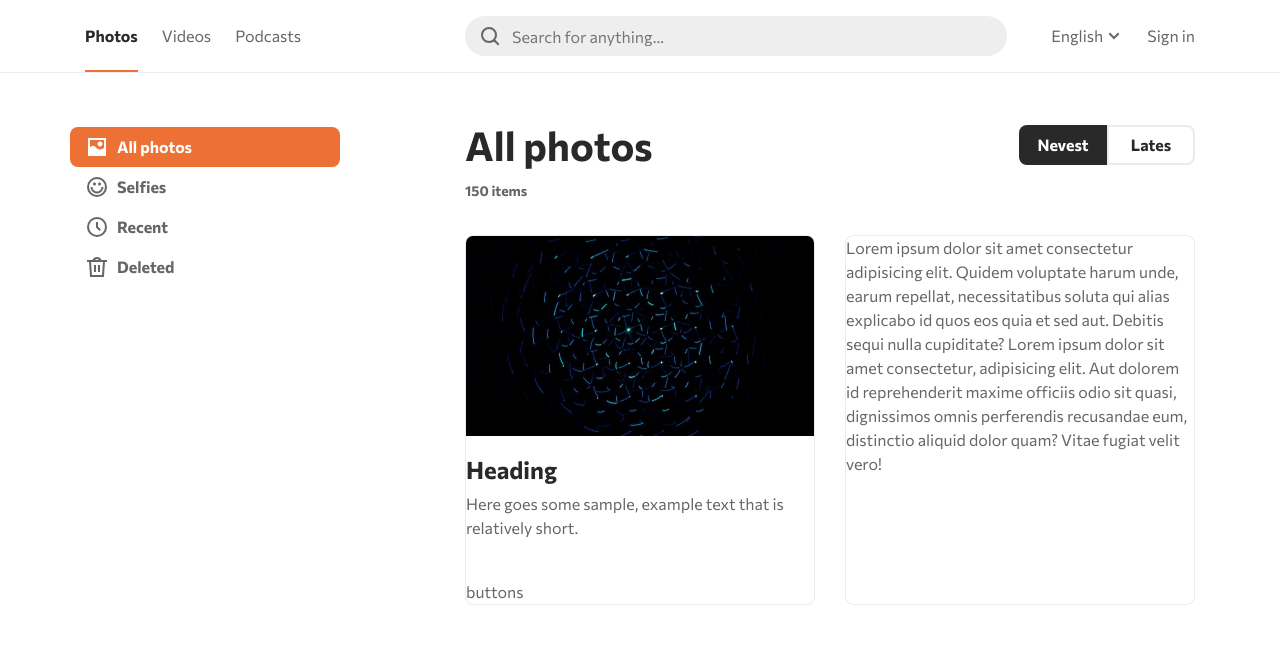
Repository: densavi/djinni
Page: index.html
These files come from the project's save history. The page is drawn as it stood at one moment and after the next save; the edit follows.
The browser window is 1280 px wide. The pictures show the whole page.
The style sheet was rebuilt from its Sass, Less or Tailwind sources for each picture, by a compiler version that may differ from the author's.

Above is the page before, as saved 2023-04-11 00:14:20.

### index.html
<!DOCTYPE html>
<html lang="en">
<head>
  <meta charset="UTF-8">
  <meta http-equiv="X-UA-Compatible" content="IE=edge">
  <meta name="viewport" content="width=device-width, initial-scale=1.0">
  <title>Photos</title>
  <link rel="stylesheet" href="https://cdn.jsdelivr.net/npm/bootstrap@4.6.2/dist/css/bootstrap.min.css" integrity="sha384-xOolHFLEh07PJGoPkLv1IbcEPTNtaed2xpHsD9ESMhqIYd0nLMwNLD69Npy4HI+N" crossorigin="anonymous">
  <link rel="stylesheet" href="css/style.css">
</head>
<body>

  <header class="header">
    <div class="container">
      <div class="row d-flex justify-content-between align-items-center">
        <div class="col-3">
          <button class="open-menu"><span></span></button>
          <nav class="header__nav">
            <ul class="nav">
              <li class="nav-item">
                <a class="nav-link active" aria-current="page" href="#">Photos</a>
              </li>
              <li class="nav-item">
                <a class="nav-link" href="#">Videos</a>
              </li>
              <li class="nav-item">
                <a class="nav-link" href="#">Podcasts</a>
              </li>
            </ul>
          </nav>
        </div>
        <div class="col-8 d-flex align-items-center justify-content-end">
          <label for="search" class="header__search">
            <img src="img/search.svg" alt="Search">
            <input type="search" placeholder="Search for anything...">
          </label>
          <div class="dropdown show">
            <a class="header__lang-link" href="#" role="button" id="dropdownMenuLink" data-toggle="dropdown" aria-haspopup="true" aria-expanded="false">
              English
              <svg width="12" height="8" viewBox="0 0 12 8" fill="none" xmlns="http://www.w3.org/2000/svg">
                <path d="M2 2L6 6L10 2" stroke="#666666" stroke-width="2" stroke-linecap="square"/>
              </svg>
            </a>

            <div class="dropdown-menu" aria-labelledby="dropdownMenuLink">
              <a class="dropdown-item" href="#">Ukraine</a>
              <a class="dropdown-item" href="#">Polish</a>
            </div>
          </div>
          <a href="#" class="header__sign-in">Sign in</a>
        </div>
      </div>
    </div>
  </header>


  <div class="wrapper">
    <div class="container">
      <div class="row d-flex justify-content-between">
        <div class="col-3 sidebar">
          <ul class="nav sidebar__tabs">
            <li class="sidebar__item">
              <a class="d-flex align-items-center sidebar__link active" data-toggle="tab" href="#all-photos">
                <svg width="24" height="24" viewBox="0 0 24 24" fill="none" xmlns="http://www.w3.org/2000/svg">
                  <path d="M15 6.5C13.6193 6.5 12.5 7.61929 12.5 9C12.5 10.3807 13.6193 11.5 15 11.5C16.3807 11.5 17.5 10.3807 17.5 9C17.5 7.61929 16.3807 6.5 15 6.5Z" fill="#666666"/>
                  <path fill-rule="evenodd" clip-rule="evenodd" d="M3 3H21V21H18.5266L18.4945 21.0002H5.5L5.46787 21H3V3ZM19 12.8362C17.8552 13.898 16.7044 14.4537 15 14.4537C13.0944 14.4537 11.6208 13.2859 10.1527 11.7048C9.15108 10.6262 7.51491 10.4335 6.29018 11.25L6.26758 11.2651L5 12.2134V5H19V12.8362Z" fill="#666666"/>
                </svg>
                All photos
              </a>
            </li>
            <li class="sidebar__item">
              <a class="d-flex align-items-center sidebar__link" data-toggle="tab" href="#selfies">
                <svg width="24" height="24" viewBox="0 0 24 24" fill="none" xmlns="http://www.w3.org/2000/svg">
                  <path d="M17.5 12C17.5 15.0376 15.0376 17.5 12 17.5C8.96243 17.5 6.5 15.0376 6.5 12M21 12C21 16.9706 16.9706 21 12 21C7.02944 21 3 16.9706 3 12C3 7.02944 7.02944 3 12 3C16.9706 3 21 7.02944 21 12Z" stroke="#666666" class="hover-fill" stroke-width="2"/>
                  <path d="M11 9C11 9.82843 10.3284 10.5 9.5 10.5C8.67157 10.5 8 9.82843 8 9C8 8.17157 8.67157 7.5 9.5 7.5C10.3284 7.5 11 8.17157 11 9Z" fill="#666666"/>
                  <path d="M16 9C16 9.82843 15.3284 10.5 14.5 10.5C13.6716 10.5 13 9.82843 13 9C13 8.17157 13.6716 7.5 14.5 7.5C15.3284 7.5 16 8.17157 16 9Z" fill="#666666"/>
                </svg>
                Selfies
              </a>
            </li>
            <li class="sidebar__item">
              <a class="d-flex align-items-center sidebar__link" data-toggle="tab" href="#recent">
                <svg width="24" height="24" viewBox="0 0 24 24" fill="none" xmlns="http://www.w3.org/2000/svg">
                  <path d="M12 8V12L14.5 14.5M21 12C21 16.9706 16.9706 21 12 21C7.02944 21 3 16.9706 3 12C3 7.02944 7.02944 3 12 3C16.9706 3 21 7.02944 21 12Z" stroke="#666666" stroke-width="2" stroke-linecap="square"/>
                </svg>
                Recent
              </a>
            </li>
            <li class="sidebar__item">
              <a class="d-flex align-items-center sidebar__link" data-toggle="tab" href="#deleted">
                <svg width="24" height="24" viewBox="0 0 24 24" fill="none" xmlns="http://www.w3.org/2000/svg">
                  <path d="M6 21L5.00221 21.0665L5.06445 22H6V21ZM18 21V22H18.9356L18.9978 21.0665L18 21ZM3 5H2V7H3V5ZM21 7H22V5H21V7ZM11 11V10H9V11H11ZM9 16V17H11V16H9ZM15 11V10H13V11H15ZM13 16V17H15V16H13ZM4.00221 6.06652L5.00221 21.0665L6.99779 20.9335L5.99779 5.93348L4.00221 6.06652ZM6 22H18V20H6V22ZM18.9978 21.0665L19.9978 6.06652L18.0022 5.93348L17.0022 20.9335L18.9978 21.0665ZM19 5H5V7H19V5ZM3 7H5V5H3V7ZM19 7H21V5H19V7ZM9 11V16H11V11H9ZM13 11V16H15V11H13ZM12 4C13.3965 4 14.5725 4.95512 14.9055 6.24926L16.8424 5.75074C16.2874 3.59442 14.3312 2 12 2V4ZM9.09445 6.24926C9.42754 4.95512 10.6035 4 12 4V2C9.66883 2 7.71258 3.59442 7.15758 5.75074L9.09445 6.24926Z" fill="#666666"/>
                </svg>
                Deleted
              </a>
            </li>
          </ul>
        </div>
        <div class="col-8">
            <div class="tab-content">
              <div role="tabpanel" class="tab-pane active" id="all-photos">


                <div class="content__head d-flex align-items-center justify-content-between">
                  <h2 class="content__title">All photos</h2>
                  <ul class="nav content__tabs">
                    <li class="content__item">
                      <a class="content__link active" data-toggle="tab" href="#nevest">Nevest</a>
                    </li>
                    <li class="content__item">
                      <a class="content__link" data-toggle="tab" href="#lates">Lates</a>
                    </li>
                  </ul>
                </div>

                <div class="content__items">150 items</div>


                <div class="tab-content">
                  <div role="tabpanel" class="tab-pane active" id="nevest">
                    <div class="row">
                      <div class="col-6">
                        <div class="post d-flex flex-column">
                          <a href="#" class="post__image">
                            <img src="img/post-1.jpg" alt="">
                          </a>
                          <div class="post__info">
                            <h3 class="post__title">Heading</h3>
                            <p class="post__descr">Here goes some sample, example text that is relatively short.</p>
                          </div>
                          <div class="post__buttons">
                            buttons
                          </div>
                        </div>
                      </div>
                      <div class="col-6">
                        <div class="post">
                          Lorem ipsum dolor sit amet consectetur adipisicing elit. Quidem voluptate harum unde, earum repellat, necessitatibus soluta qui alias explicabo id quos eos quia et sed aut. Debitis sequi nulla cupiditate?
                          Lorem ipsum dolor sit amet consectetur, adipisicing elit. Aut dolorem id reprehenderit maxime officiis odio sit quasi, dignissimos omnis perferendis recusandae eum, distinctio aliquid dolor quam? Vitae fugiat velit vero!
                        </div>
                      </div>
                    </div>

                  </div>
                  <div role="tabpanel" class="tab-pane" id="lates">
                    <div class="alert alert-info">There is nothing here :)</div>
                  </div>

                </div>

              </div>

              <div role="tabpanel" class="tab-pane" id="selfies">
                <div class="alert alert-info">There is nothing here :)</div>
              </div>
              <div role="tabpanel" class="tab-pane" id="recent">
                <div class="alert alert-info">There's nothing here either :(</div>
              </div>
              <div role="tabpanel" class="tab-pane" id="deleted">
                <div class="alert alert-info">And here :(</div>
              </div>

            </div>
        </div>



      </div>
    </div>
  </div>

  <script src="https://code.jquery.com/jquery-3.6.4.min.js" integrity="sha256-oP6HI9z1XaZNBrJURtCoUT5SUnxFr8s3BzRl+cbzUq8=" crossorigin="anonymous"></script>
  <script src="https://cdn.jsdelivr.net/npm/bootstrap@4.6.2/dist/js/bootstrap.min.js" integrity="sha384-+sLIOodYLS7CIrQpBjl+C7nPvqq+FbNUBDunl/OZv93DB7Ln/533i8e/mZXLi/P+" crossorigin="anonymous"></script>
  <script src="js/main.js"></script>
</body>
</html>

### css/style.scss
@import url('https://fonts.googleapis.com/css2?family=Commissioner:wght@400;700&display=swap');

@import 'vars';
@import 'typo';

@import 'components/header';
@import 'components/mobile-menu';
@import 'components/sidebar';
@import 'components/content';
@import 'components/post';

### css/_vars.scss
$darkBlack: #292929;
$grey: #666666;
$lightGrey: #EEEEEE;

$orange: #ED7135;

$mainFont: 'Commissioner', sans-serif;

$tablet: 992px;
$mobile: 768px;

### css/_typo.scss
body {
  font: 16px/24px $mainFont;
  color: $grey;
}

a {
  color: $mainFont;
  text-decoration: underline;
  &:hover {
    text-decoration: none;
  }
}


.wrapper {
  padding-top: 54px;
}

### css/components/_header.scss
.header {
  border-bottom: 1px solid #EBEBEB;
  padding: 16px 0;
  &__search {
    background: $lightGrey;
    padding: 0 0 0 16px;
    display: flex;
    align-items: center;
    border-radius: 100px;
    margin: 0;
    width: 546px;
    flex: 1;
    @media (max-width: $mobile) {
      display: none;
    }
    img {
      display: flex;
    }
    input[type="search"] {
      height: 40px;
      border: 0;
      background: transparent;
      outline: none;
      width: 100%;
      padding: 0 12px;
    }
  }
  &__sign-in {
    text-decoration: none;
    color: $grey;
    transition: color .3s ease;
    margin-left: 27px;
    @media (max-width: $tablet) {
      margin-left: 15px;
    }
    &:hover {
      color: $orange;
    }
  }
  &__lang-link {
    color: $grey;
    text-decoration: none;
    transition: color .3s ease;
    svg {
      margin-left: 2px;
      transform: translateY(-2px);
      path {
        transition: transform .3s ease;
      }
    }
    &:hover {
      color: $orange;
      svg {
        path {
          stroke: $orange;
        }
      }
    }
  }
  .dropdown-item {
    text-decoration: none;
  }
  .dropdown {
    margin-left: 44px;
    @media (max-width: $tablet) {
      margin-left: 20px;
    }
    @media (max-width: $mobile) {
      display: none;
    }
  }
  &__nav {
    @media (max-width: $mobile) {
      display: none;
    }
    .nav-item {
      &:not(:last-child) {
        margin-right: 24px;
        @media (max-width: $tablet) {
          margin-right: 13px;
        }
      }
    }
    .nav-link {
      padding: 0;
      text-decoration: none;
      color: $grey;
      position: relative;
      &:before {
        content: '';
        position: absolute;
        bottom: -24px;
        width: 0;
        height: 2px;
        background: $orange;
        left: 0;
        transition: all .3s ease;
      }
      &.active {
        font-weight: 700;
        color: $darkBlack;
      }
      &:hover,
      &.active {
        &:before {
          width: 100%;
        }
      }
    }
  }
}

### css/components/_mobile-menu.scss
.open-menu {
  width: 30px;
  height: 20px;
  border: 0;
  position: relative;
  background: transparent;
  display: none;
  cursor: pointer;
  @media (max-width: $mobile) {
    display: block;
  }
  span,
  &:before,
  &:after {
    content: '';
    position: absolute;
    left: 0;
    height: 4px;
    background: $grey;
    width: 100%;
    top: 50%;
    margin-top: -2px;
    transition: all .5s ease;
    border-radius: 4px;
  }
  &:before {
    top: 0;
    margin: 0;
  }
  &:after {
    top: auto;
    margin: 0;
    bottom: 0;
  }
  &.active {
    span {
      opacity: 0;
    }
    &:before {
      transform: rotate(50deg);
      top: 50%;
    }
    &:after {
      transform: rotate(-50deg);
      top: 50%;
    }
  }
}

### css/components/_sidebar.scss
.sidebar {
  &__item {
    margin-left: -15px;
    width: calc(100% + 15px);
  }
  &__link {
    height: 40px;
    border-radius: 8px;
    padding: 0 15px;
    color: $grey;
    text-decoration: none;
    font-weight: 700;
    display: flex;
    svg {
      margin-right: 8px;
    }
    &.active,
    &:hover {
      background: $orange;
      color: #fff;
      svg {
        path {
          fill: #fff;
        }
        .hover-fill {
          fill: #ED7135 !important;
          stroke: #fff;
        }
      }
    }
    &.active:hover {
      color: #fff;
    }
  }
}

### css/components/_content.scss
.content {
  &__head {
    margin-bottom: 4px;
    margin-top: -12px;
  }
  &__title {
    margin: 0;
    color: $darkBlack;
    font-size: 40px;
    line-height: 1.5;
    font-weight: 700;
  }
  &__items {
    margin-bottom: 32px;
    font-weight: 700;
    color: $grey;
    font-size: 14px;
  }
  &__link {
    display: flex;
    height: 40px;
    width: max-content;
    text-decoration: none;
    font-weight: bold;
    border: 2px solid #EBEBEB;
    align-items: center;
    color: $darkBlack;
    width: 88px;
    text-align: center;
    justify-content: center;
    &.active {
      background: $darkBlack;
      color: #fff;
      text-decoration: none;
      border-color: transparent;
    }
  }
  &__item {
    &:first-child {
      .content__link {
        border-radius: 8px 0 0 8px;
      }
    }
    &:last-child {
      .content__link {
        border-radius: 0 8px 8px 0;
      }
    }
  }
}

### css/components/_post.scss
.post {
  border: 1px solid #EBEBEB;
  border-radius: 8px;
  overflow: hidden;
  height: 100%;
  margin-bottom: 24px;
  &__info {
    flex: 1;
  }
  &__image {
    display: flex;
    height: 200px;
    margin-bottom: 16px;
    img {
      width: 100%;
      height: 100%;
      object-fit: cover;
    }
  }
  &__title {
    font-weight: 700;
    font-size: 24px;
    line-height: 36px;
    margin: 0 0 4px;
    color: $darkBlack;
  }
}

Loaded but not shown: js/main.js (no stored copy; drawn as an empty file)

After the next save:
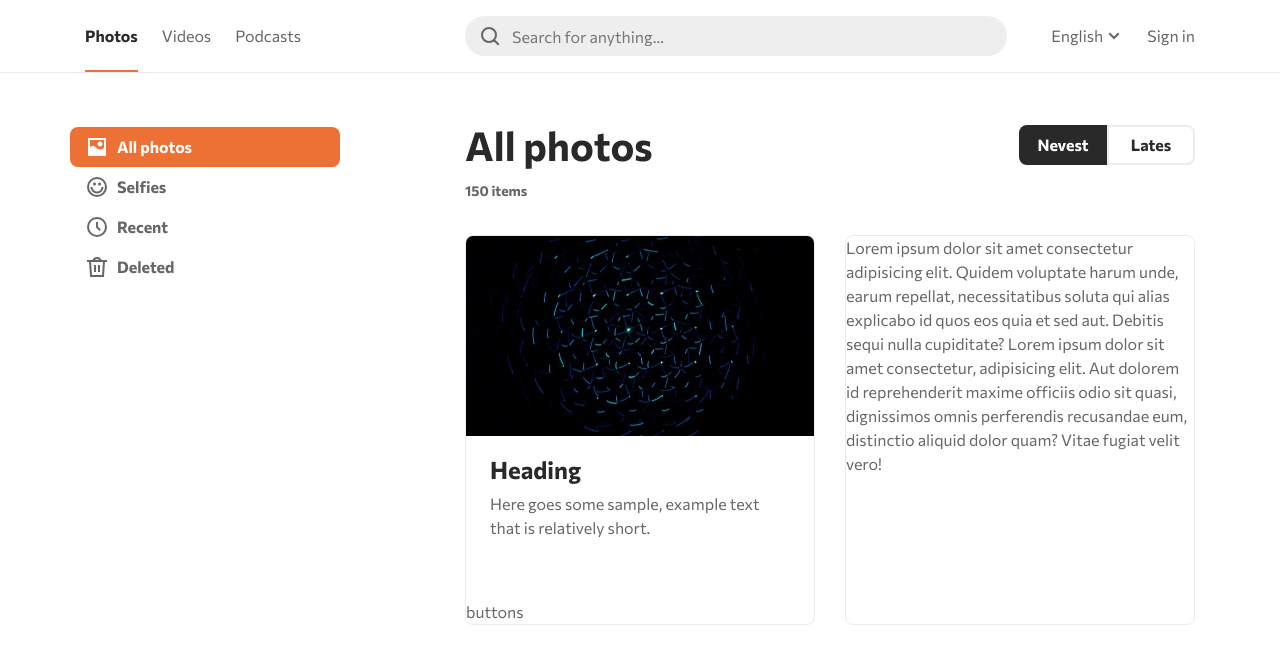
Saved 21 s later.
--- a/css/components/_post.scss
+++ b/css/components/_post.scss
@@ -17,6 +17,9 @@
       object-fit: cover;
     }
   }
+  &__info {
+    padding: 0 24px 20px;
+  }
   &__title {
     font-weight: 700;
     font-size: 24px;
